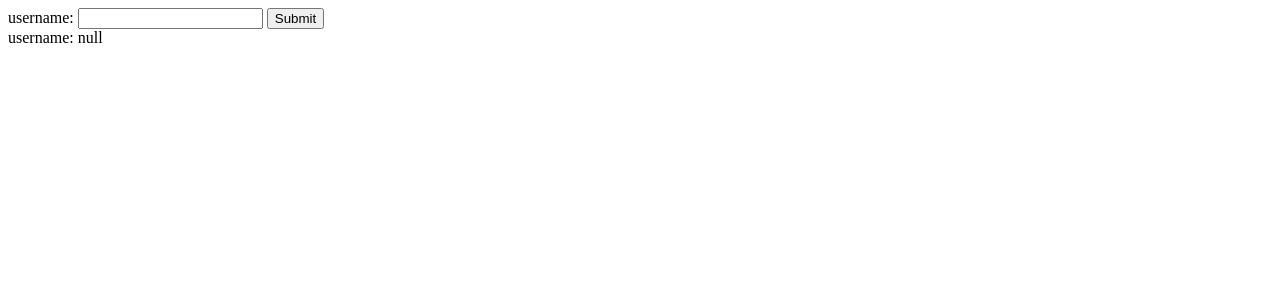
Repository: smilebingbing/java
Page: http://localhost/day_0105/el.jsp
These files come from the project's save history. The page is drawn as it stood at one moment and after the next save; the edit follows.
The browser window is 1280 px wide. The pictures show the whole page.
The page is served by Tomcat 9.

Above is the page before, as saved 2017-01-05 01:41:06.

After the next save:
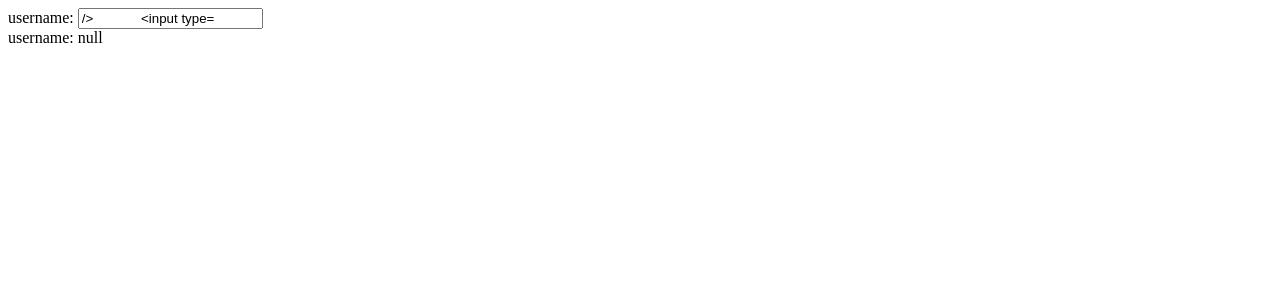
Saved 104 s later.
--- a/day_0105/WebContent/el.jsp
+++ b/day_0105/WebContent/el.jsp
@@ -10,7 +10,8 @@
 
 	<form action="el.jsp" method="post">
 
-		username: <input type="text" name="username"/>
+		username: <input type="text" name="username"
+		value="<%=request.getParameter("username")== null ? "":request.getParameter("username") %>/>
 		<input type="submit" value="Submit"/>
 	</form>
 

After the save that followed:
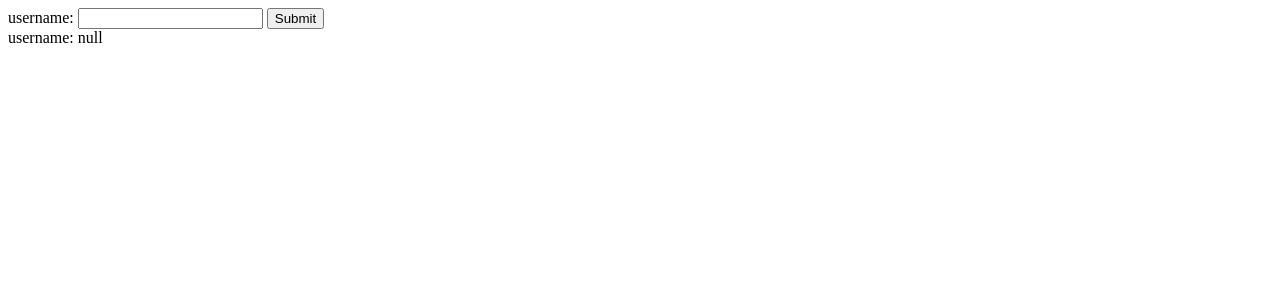
Saved 33 s later.
--- a/day_0105/WebContent/el.jsp
+++ b/day_0105/WebContent/el.jsp
@@ -11,7 +11,7 @@
 	<form action="el.jsp" method="post">
 
 		username: <input type="text" name="username"
-		value="<%=request.getParameter("username")== null ? "":request.getParameter("username") %>/>
+		value="<%=request.getParameter("username")== null ? "":request.getParameter("username") %> "/>
 		<input type="submit" value="Submit"/>
 	</form>
 
